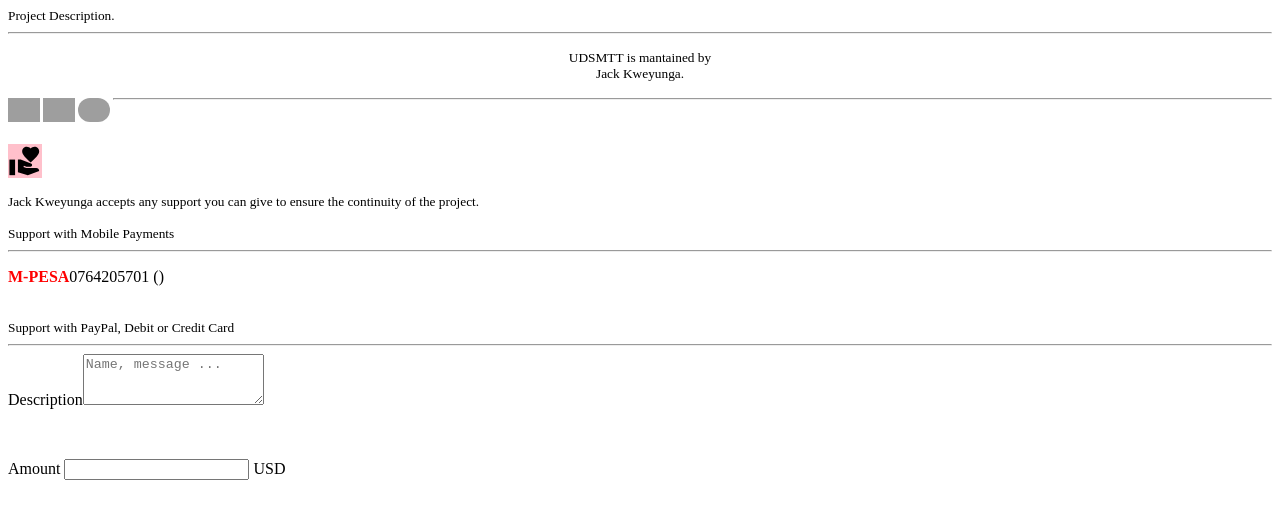
Repository: jackkweyunga/jek-mobile-timetable-v2
Page: src/modules/html/tmb-leftSN.html
These files come from the project's save history. The page is drawn as it stood at one moment and after the next save; the edit follows.
The browser window is 1280 px wide. The pictures show the whole page.
Pictures or frames that could not be fetched are drawn as grey boxes.

Above is the page before, as saved 2021-11-23 04:47:11.

After the next save:
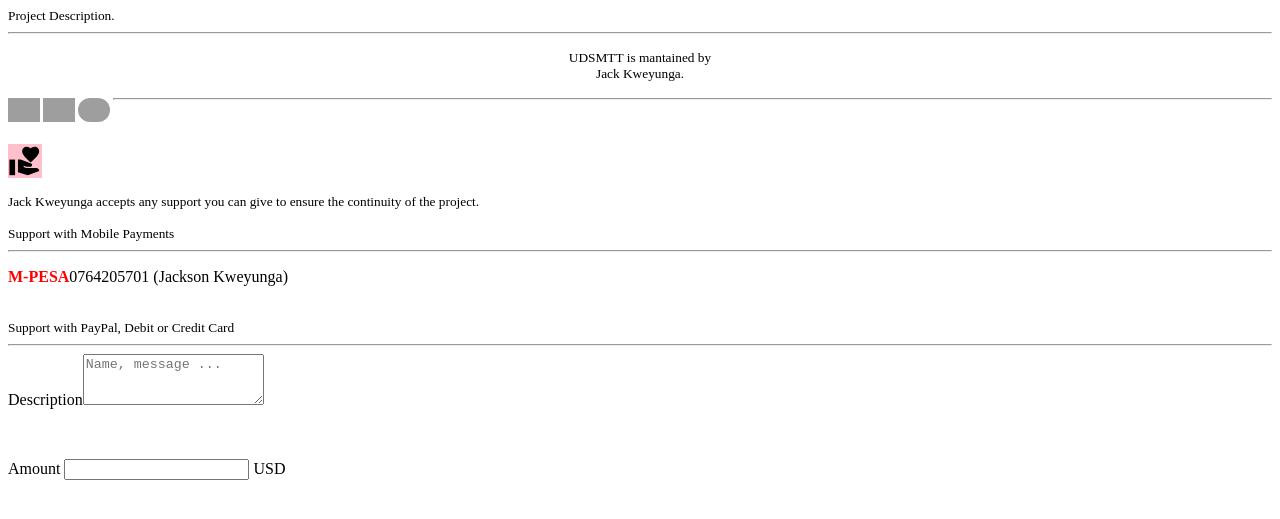
Saved 5 s later.
--- a/src/modules/html/tmb-leftSN.html
+++ b/src/modules/html/tmb-leftSN.html
@@ -54,7 +54,7 @@
 
 <small class="myFont">Support with Mobile Payments</small>
 <hr>
-<p><span style="color:red;font-weight:600;">M-PESA</span><span>0764205701 ()</span></p>
+<p><span style="color:red;font-weight:600;">M-PESA</span><span>0764205701 (Jackson Kweyunga)</span></p>
 
 <br>
 
